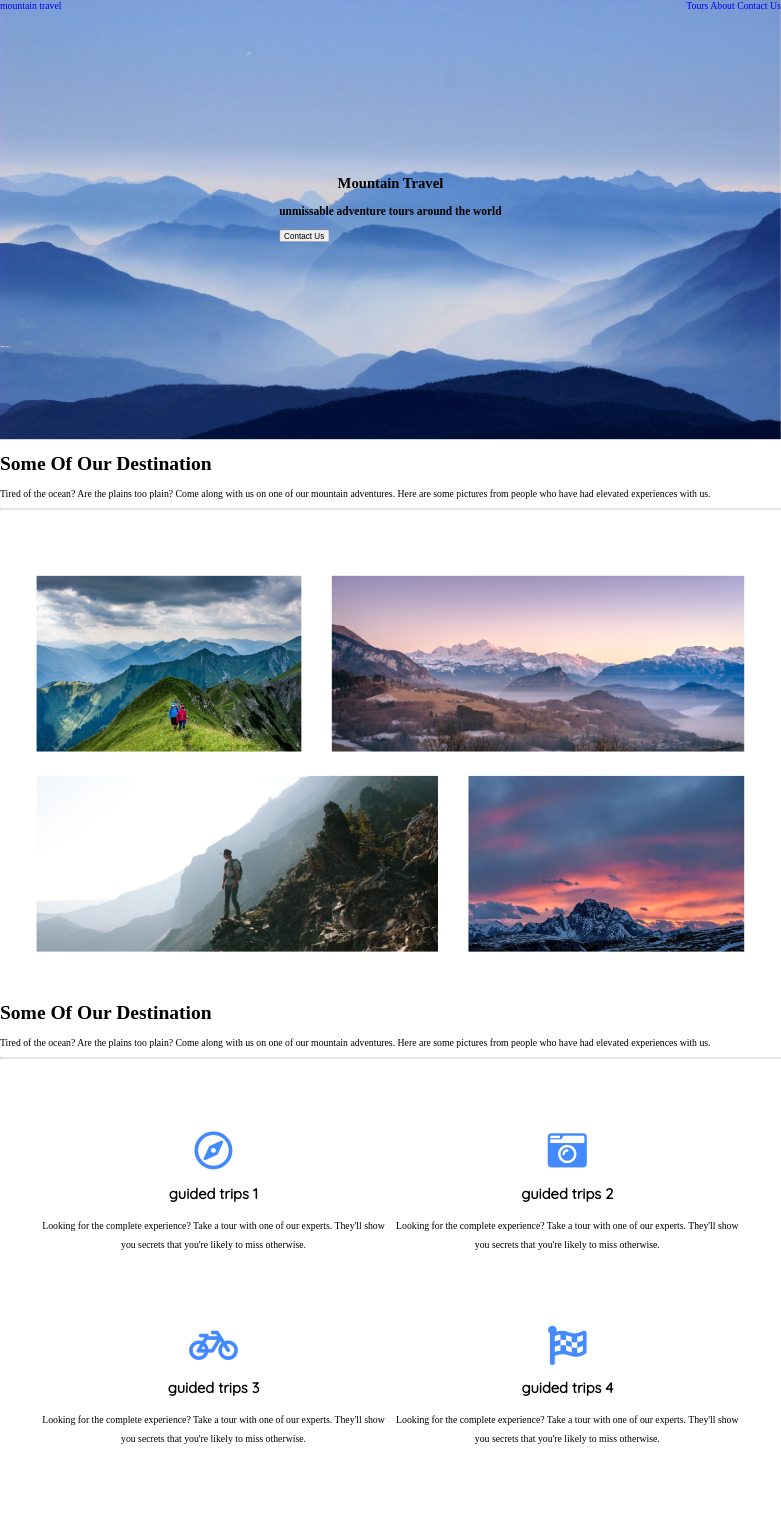
Repository: Einsteiniumeinsteinian/Advanced-CSS
Page: css-project-starter-code/index.html
An editor plug-in stored every save of this project. The page is shown before and after the next save, followed by the edit.
The browser window is 1280 px wide. The pictures show the whole page, at 61% of full size.
Some web libraries are served in a nearby version.

Above is the page before, as saved 2021-08-15 20:16:54.

### css-project-starter-code/index.html
<!DOCTYPE html>
<html>

<head>
  <meta charset="utf-8">
  <meta name="viewport" content="width=device-width, initial-scale=1">
  <title>Mountain Travel</title>
  <link rel="stylesheet" href="https://use.fontawesome.com/releases/v5.0.7/css/all.css">
  <link href="https://fonts.googleapis.com/css?family=Open+Sans" rel="stylesheet">
  <link href="https://fonts.googleapis.com/css?family=Quicksand" rel="stylesheet">
  <link rel="stylesheet" href="assets/css/styles.css">
</head>

<body>
  <!-- Forked from a template on Tutorialzine: https://tutorialzine.com/2016/06/freebie-landing-page-template-with-flexbox -->
  <header>
    <nav>
      <a href="#"> mountain travel</a>
      <span class="nav-span">
        <a href="#"> Tours</a>
        <a href="#"> About</a>
        <a href="#"> Contact Us</a>
      </span>
    </nav>
    <div class="top-container">
      <div class="header-text-wrapping">
        <h2>Mountain Travel</h2>
        <h3>unmissable adventure tours around the world</h3>
        <button>Contact Us</button>
      </div>

    </div>
  </header>
  <div>
    <h1>
      Some Of Our Destination
    </h1>
    <p>
      Tired of the ocean? Are the plains too plain? Come along with us on one of our mountain adventures. Here are some
      pictures from people who have had elevated experiences with us.
    </p>
    <hr>
  </div>

  <section class="photo-section">
    <div class="photo-set-div">
      <img class="img" src="assets/img/mountain1.jpg" alt="">
      <img class="img img-2" src="assets/img/mountain2.jpg" alt="">
    </div>
    <div class="photo-set-div">
      <img class="img img-3" src="assets/img/mountain3.jpg" alt="">
      <img class="img" src="assets/img/mountain4.jpg" alt="">
    </div>
  </section>

  <div>
    <h1>
      Some Of Our Destination
    </h1>
    <p>
      Tired of the ocean? Are the plains too plain? Come along with us on one of our mountain adventures. Here are some
      pictures from people who have had elevated experiences with us.
    </p>
    <hr>
  </div>

  <!--* Packkage Section -->
  <section class="package-section">
    <div class="package-set">
      <div class="package">
<i class="far fa-compass"></i>
        <h1>
          guided trips 1
        </h1>
        <p>Looking for the complete experience? Take a tour with one of our experts. They'll show you secrets that you're likely to
        miss otherwise.</p>
      </div>
        <div class="package">
          <i class="fas fa-camera-retro"></i>
          <h1>
            guided trips 2
          </h1>
          <p>Looking for the complete experience? Take a tour with one of our experts. They'll show you secrets that you're
            likely to
            miss otherwise.</p>
        </div>
    </div>
      <div class="package-set">
        <div class="package">
          <i class="fas fa-bicycle"></i>
          <h1>
            guided trips 3
          </h1>
          <p>Looking for the complete experience? Take a tour with one of our experts. They'll show you secrets that you're
            likely to
            miss otherwise.</p>
        </div>
          <div class="package">
            <i class="fas fa-flag-checkered"></i>
            <h1>
              guided trips 4
            </h1>
            <p>Looking for the complete experience? Take a tour with one of our experts. They'll show you secrets that you're
              likely to
              miss otherwise.</p>
          </div>
      </div>
  </section>
</body>

</html>

### css-project-starter-code/assets/css/styles.css
body{
    margin: 0;
    /* font-family: ; */
}
header{
  /* display: flex; */
  background-image: url('../img/main.jpg');
  background-repeat: no-repeat;
background-size: cover;
    min-height: 100vh;
}
nav{
    display: flex;
    justify-content: space-between;
    min-height: 30vh;
}
.top-container{
    margin-top: 10vh;
    display: flex;
    flex-direction: column;
    justify-content: center;
    align-items: center;
}
h2{
    margin-top: 0;
   text-align: center;
}
a{
    text-decoration: none;
}

/** Photo Section */
.photo-section{
    padding: 60px;
    display: flex;
    flex-direction: column;
}
.photo-set-div{
    margin-top: 40px;
    flex-grow: 1;
    display: flex;
    height: 40vh;
    flex-basis: 100px;
}

.img{
    min-width: 0;
flex-basis: 400px;
flex-grow: 1;
  object-fit: cover;
}
.img-2{
    margin-left: 50px;
    flex-grow: 8;
}
.img-3{
    margin-right: 50px;
    flex-grow: 5;
}

/** Packages */
.package-section{
    padding: 60px;
}
.package-set{
    display: flex;
}
.package{
    text-align: center;
    line-height: 2em;
    margin-top: 50px;
    margin-bottom: 50px;
}
.package > h1{
    font-family: 'Quicksand', sans-serif;
    tex
    font-weight: 500;
}
i{
    font-size: 4em;
    color: #448AFF;
}

After the next save:
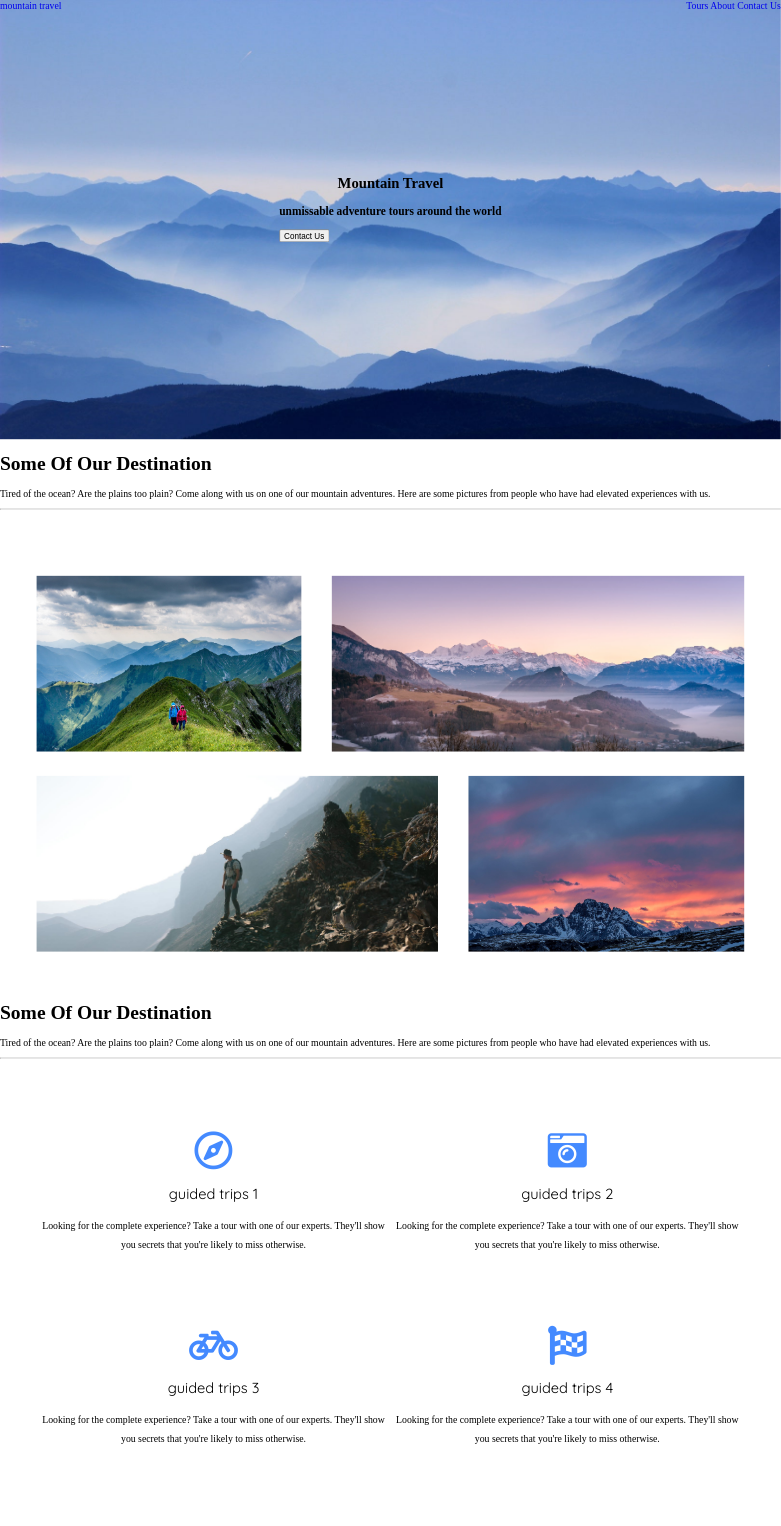
Saved 4 s later.
--- a/css-project-starter-code/assets/css/styles.css
+++ b/css-project-starter-code/assets/css/styles.css
@@ -73,7 +73,7 @@
 }
 .package > h1{
     font-family: 'Quicksand', sans-serif;
-    tex
+    text-decoration: ;
     font-weight: 500;
 }
 i{

After the save that followed:
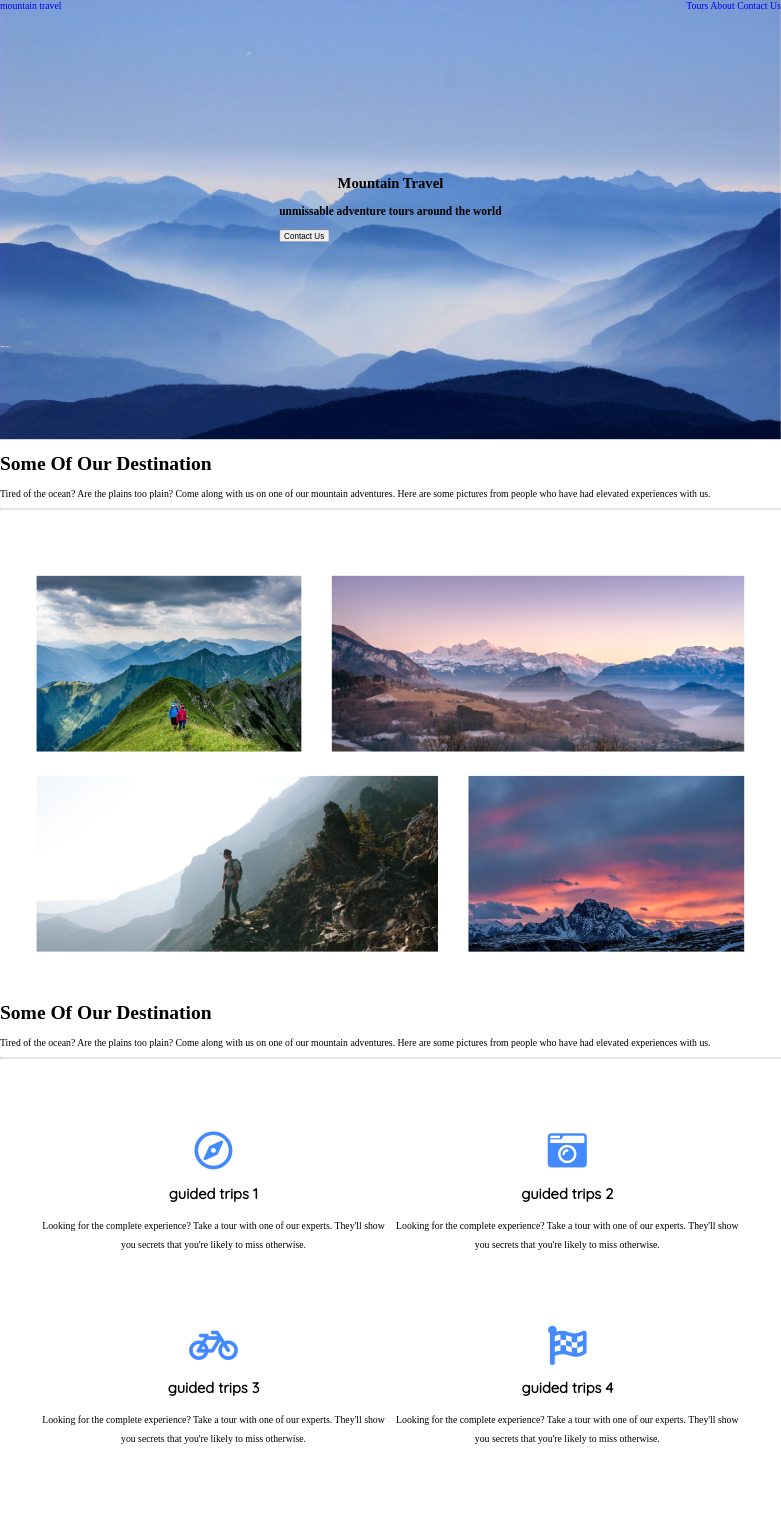
Saved 4 s later.
--- a/css-project-starter-code/assets/css/styles.css
+++ b/css-project-starter-code/assets/css/styles.css
@@ -73,7 +73,7 @@
 }
 .package > h1{
     font-family: 'Quicksand', sans-serif;
-    text-decoration: ;
+    tex
     font-weight: 500;
 }
 i{
